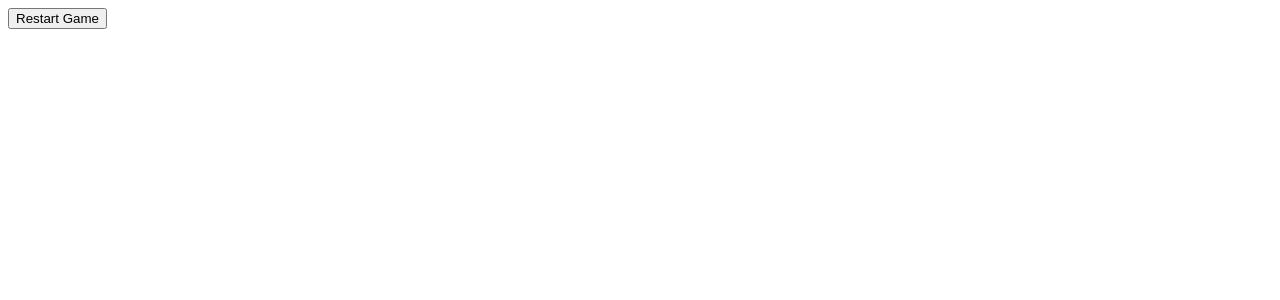
Repository: Suonii/Mo
Page: index.html
These files come from the project's save history. The page is drawn as it stood at one moment and after a run of saves; the edit follows.
The browser window is 1280 px wide. The pictures show the whole page.

Above is the page before, as saved 2024-07-27 16:01:36.

### index.html
<!DOCTYPE html>
<html lang="en">

<Head>
    <meta charset="UTF-8">
    <meta name="viewport" content="width=device-width, initial-scale=1.0">
    <title>Tic-Tac-Toe</title>
    <link rel="stylesheet" href="style.css">
</Head>
<body>
    <div id="game-board">
        <div class="cell" data-index="0"></div>
        <div class="cell" data-index="1"></div>
        <div class="cell" data-index="2"></div>
        <div class="cell" data-index="3"></div>
        <div class="cell" data-index="4"></div>
        <div class="cell" data-index="5"></div>
        <div class="cell" data-index="6"></div>
        <div class="cell" data-index="7"></div>
        <div class="cell" data-index="8"></div>
    </div>
    <button id="restart-btn">Restart Game</button>
    <script src="script.js"></script>
</body>
</html>

### style.css
body {
    display: flex;
    justify
}

Loaded but not shown: script.js (no stored copy; drawn as an empty file)

After the next 3 saves:
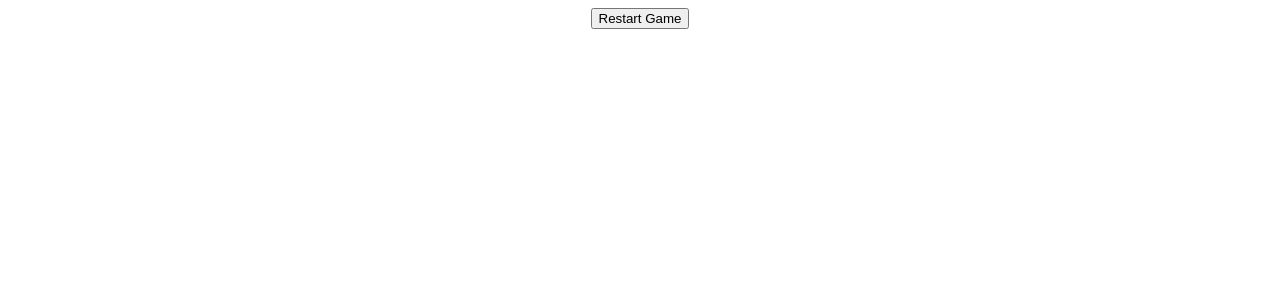
The 3 saves are shown as one change because they came seconds apart.
The last was saved 13 s later.
--- a/style.css
+++ b/style.css
@@ -1,4 +1,5 @@
 body {
     display: flex;
-    justify
+    justify-content: center;
+    align-items
 }
